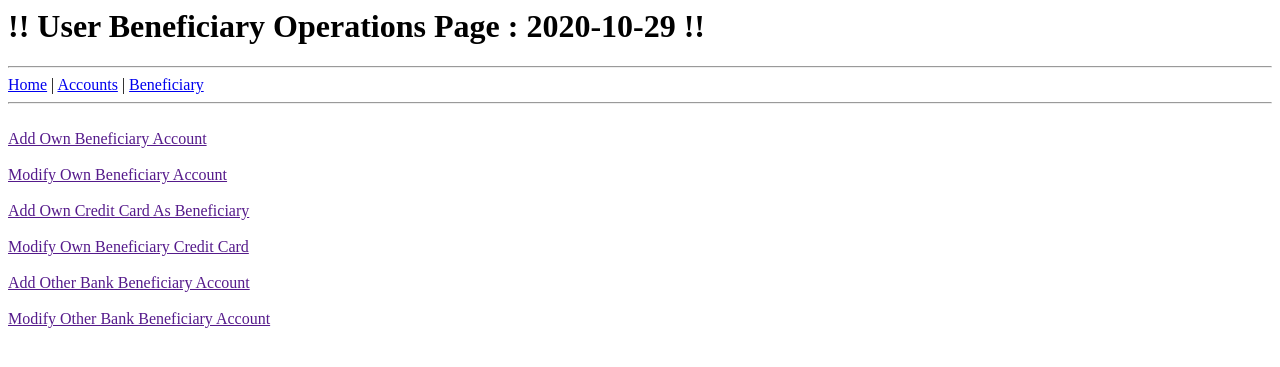
Repository: anik84/ibs
Page: http://localhost/IBS/user_beneficiary.jsp
The author's editor kept a copy of each file at every save. The page is drawn from the files as they stood at one save, then again after the next save.
The browser window is 1280 px wide. The pictures show the whole page.
The page is served by Tomcat 9. Other server files are loaded and not shown.

Above is the page before, as saved 2020-10-29 10:35:36.

### IBS_JSPs/IBS/WebContent/user_beneficiary.jsp
<%@page import="java.time.LocalDate"%>
<html>
<head>
<title>user beneficiary operations</title>
</head>
<body>
	<h1>
		!! User Beneficiary Operations Page :
		<%=LocalDate.now()%>
		!!
	</h1>
	<jsp:include page="user_home_menu.jsp" />

	<br />
	<a href="">Add Own Beneficiary Account</a><br /><br />
	<a href="">Modify Own Beneficiary Account</a><br /><br />
	<a href="">Add Own Credit Card As Beneficiary</a><br /><br />
	<a href="">Modify Own Beneficiary Credit Card</a><br /><br />
	<a href="">Add Other Bank Beneficiary Account</a><br /><br />
	<a href="">Modify Other Bank Beneficiary Account</a><br /><br />


</body>
</html>

### IBS_JSPs/IBS/WebContent/user_home_menu.jsp
<nav>
	<hr />
	 <a href="user_home.jsp">Home</a>
	 <span> | </span>
	 <a href="user_accounts.jsp">Accounts</a>
	 <span> | </span>
	 <a href="user_beneficiary.jsp">Beneficiary</a>
	<hr />
</nav>

After the next save:
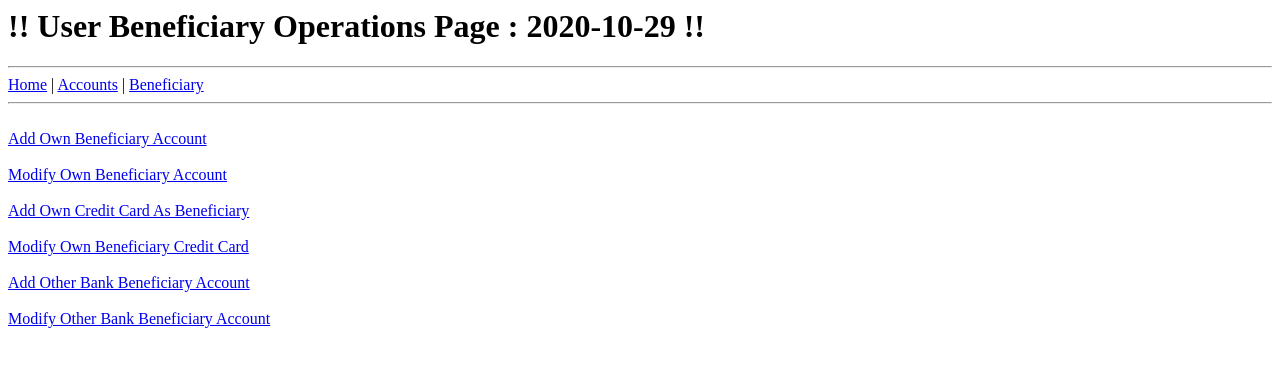
Saved 17 min 29 s later.
--- a/IBS_JSPs/IBS/WebContent/user_beneficiary.jsp
+++ b/IBS_JSPs/IBS/WebContent/user_beneficiary.jsp
@@ -12,12 +12,12 @@
 	<jsp:include page="user_home_menu.jsp" />
 
 	<br />
-	<a href="">Add Own Beneficiary Account</a><br /><br />
-	<a href="">Modify Own Beneficiary Account</a><br /><br />
-	<a href="">Add Own Credit Card As Beneficiary</a><br /><br />
-	<a href="">Modify Own Beneficiary Credit Card</a><br /><br />
-	<a href="">Add Other Bank Beneficiary Account</a><br /><br />
-	<a href="">Modify Other Bank Beneficiary Account</a><br /><br />
+	<a href="user_add_own_beneficiary_account_form.jsp">Add Own Beneficiary Account</a><br /><br />
+	<a href="user_modify_own_beneficiary_account_form.jsp">Modify Own Beneficiary Account</a><br /><br />
+	<a href="user_add_own_credit_card_form.jsp">Add Own Credit Card As Beneficiary</a><br /><br />
+	<a href="user_modify_own_credit_card_account_form.jsp">Modify Own Beneficiary Credit Card</a><br /><br />
+	<a href="user_add_other_bank_beneficiary_account_form.jsp">Add Other Bank Beneficiary Account</a><br /><br />
+	<a href="user_modify_other_bank_beneficiary_account_form.jsp">Modify Other Bank Beneficiary Account</a><br /><br />
 
 
 </body>
